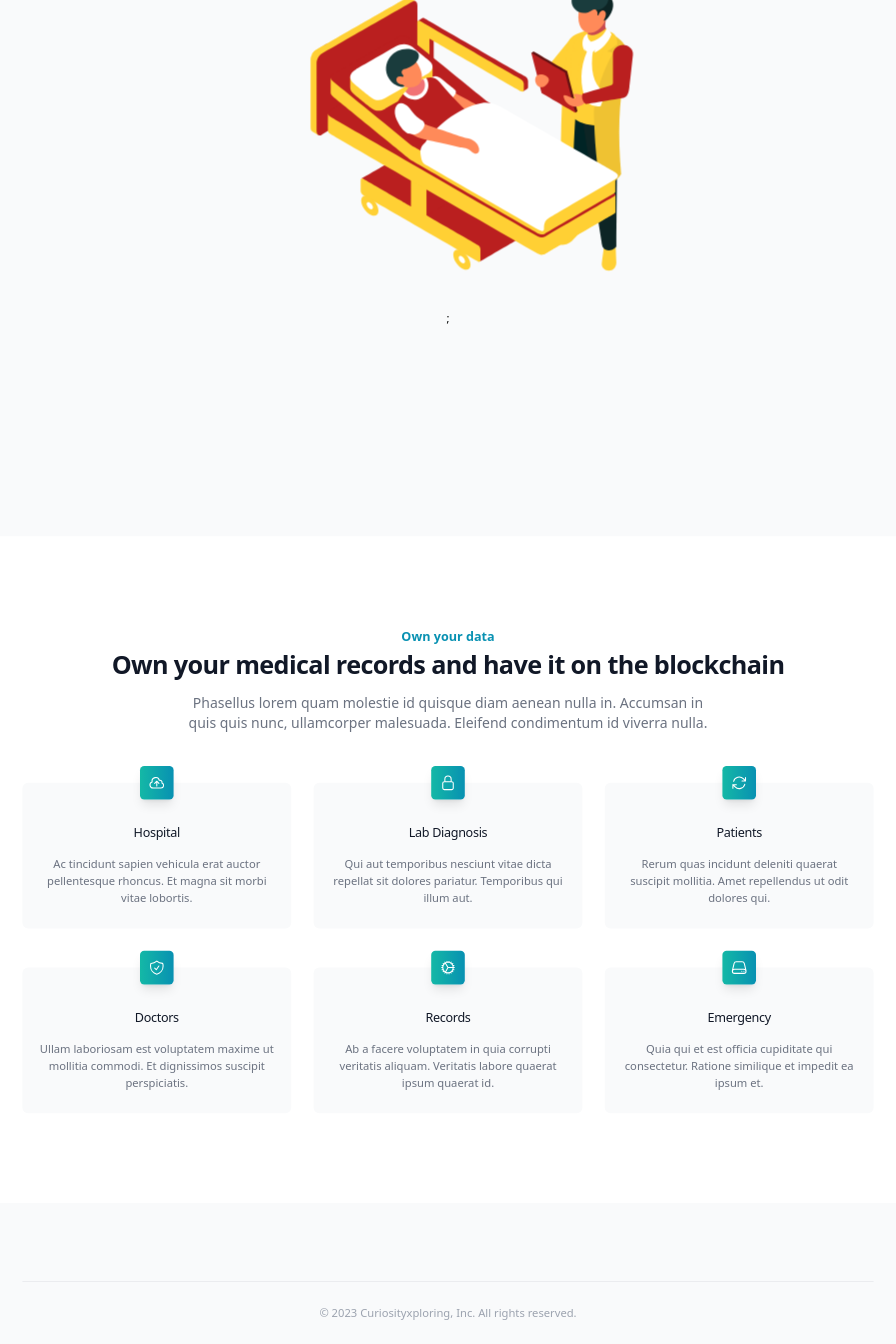
Repository: VinceBrun/medical-web3-app
Page: /
The author's editor kept a copy of each file at every save. The page is drawn from the files as they stood at one save, then again after the next save.
The browser window is 1280 px wide. The pictures show the part of the page from y = 1475 to 3395 px (the page is 3395 px tall), at 70% of full size.
The project was rebuilt for these pictures with package versions that can differ from the ones it lists, and the page was loaded fresh each time. The framework's server and built-in components were replaced by stand-ins that run in the browser. Also part of the build but not shown: next.config.js, styles/Home.module.css.

Above is the page before, as saved 2023-01-16 17:45:40.

After the next save:
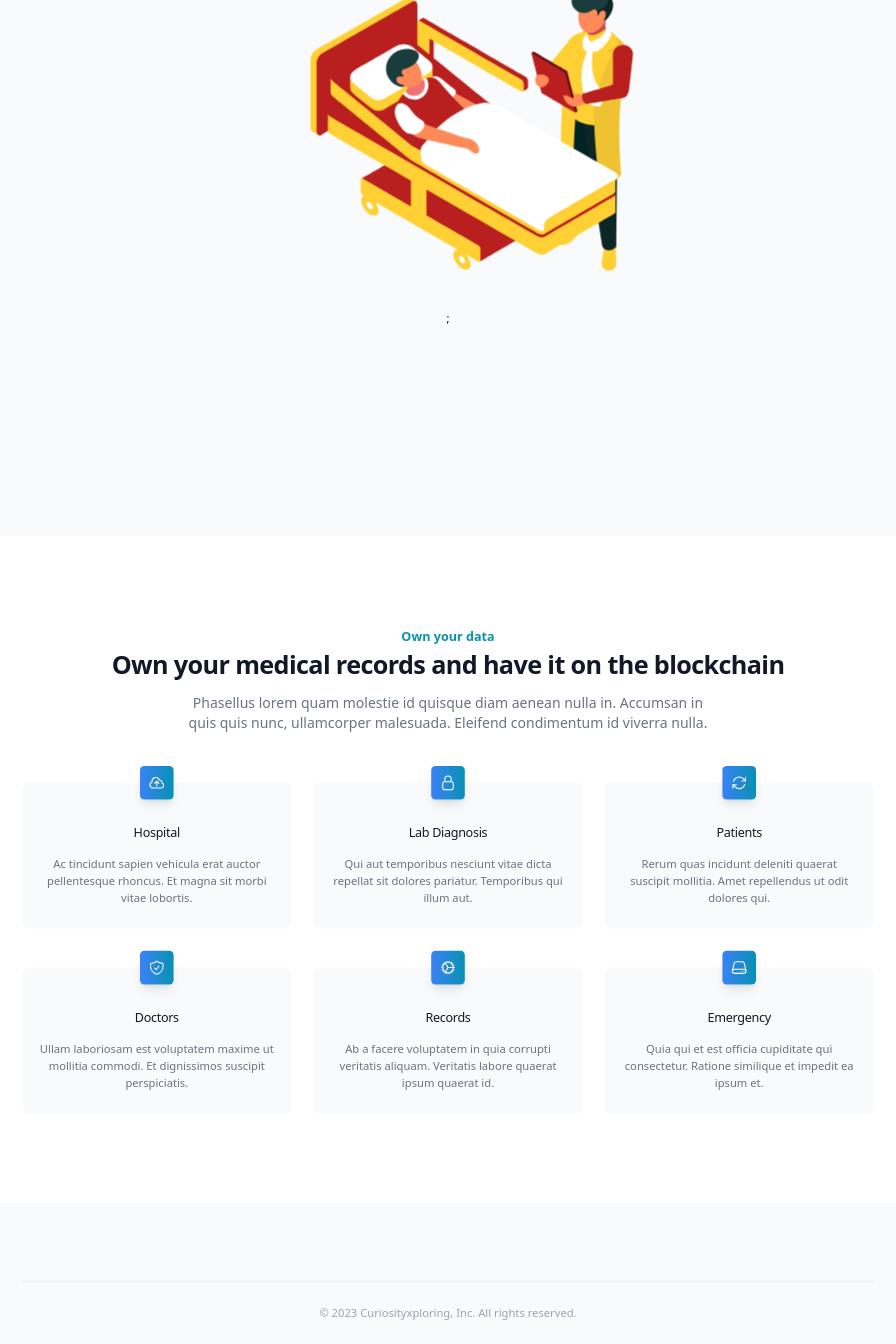
Saved 3 min 22 s later.
--- a/components/Landing.jsx
+++ b/components/Landing.jsx
@@ -435,7 +435,7 @@ export default function Landing() {
                       <div className="flow-root rounded-lg bg-gray-50 px-6 pb-8">
                         <div className="-mt-6">
                           <div>
-                            <span className="inline-flex items-center justify-center rounded-md bg-gradient-to-r from-teal-500 to-cyan-600 p-3 shadow-lg">
+                            <span className="inline-flex items-center justify-center rounded-md bg-gradient-to-r from-blue-500 to-cyan-600 p-3 shadow-lg">
                               <feature.icon
                                 className="h-6 w-6 text-white"
                                 aria-hidden="true"
